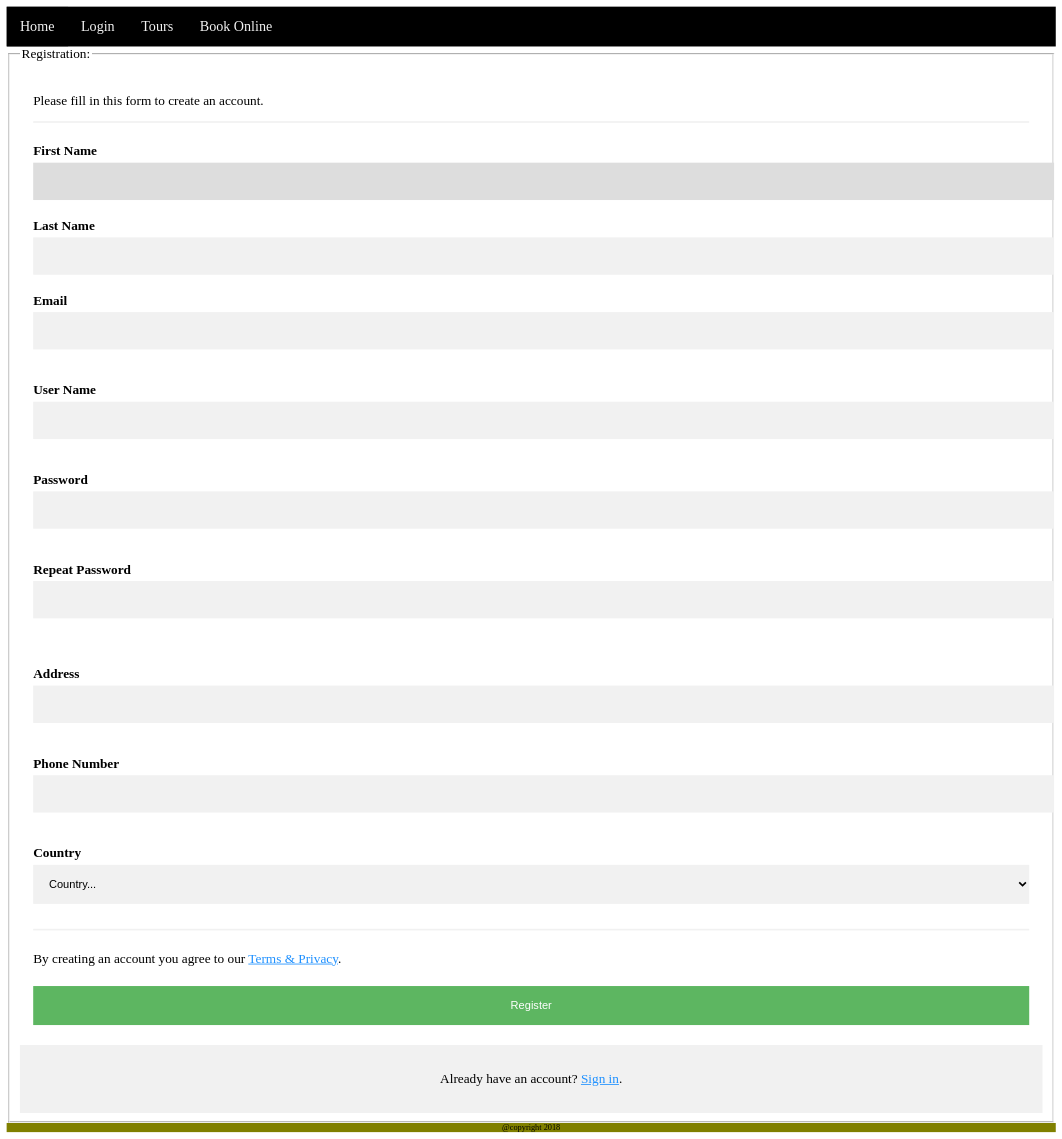
Repository: Rahim89/ANYFT
Page: http://localhost/CaseStudy/WEB-INF/views/registration.jsp
An editor plug-in stored every save of this project. The page is shown before and after the next save, followed by the edit.
The browser window is 1280 px wide. The pictures show the whole page, at 83% of full size.
The page is served by Tomcat 9. Nobody is signed in. Other server files are loaded and not shown. The template is opened directly, without the code that normally fills it, so the values that code supplies are empty.

Above is the page before, as saved 2018-09-17 18:24:00.
Console error: ReferenceError: $ is not defined

### CaseStudy/WebContent/WEB-INF/views/registration.jsp
<%@ page language="java" contentType="text/html; charset=UTF-8"
    pageEncoding="UTF-8"%>
    <%@taglib uri ="http://www.springframework.org/tags/form" prefix="form"%>
<!DOCTYPE html>
<html>
<head>
<meta charset="UTF-8">
<title>Registration</title>



</head>

	<style><%@include file="../css/main.css"%></style>

<body>
	<div id = "header">
    <%@include file="header.jsp" %>
    </div>

    <form action="User_info" method="POST"  >
    <fieldset>
    <legend>Registration:</legend>
  <div class="container">

    <p>Please fill in this form to create an account.</p>
    <hr>

	<label for="fname"><b>First Name</b></label>
    <input type="text"  name="firstName" autofocus required />


    <label for="lname"><b>Last Name</b></label>
    <input type="text"  name="lastName" required />


    <label for="email"><b>Email</b></label>
    <input  type="email"  name="email"  required/>
	<br>
	<br>

	<label  for="uname"><b>User Name</b></label>
	<span style="color:#ff084e">${usernNameMessage}</span>
    <input type="text"   name="userName" required/>

    <br>
	<br>


    <label for="psw"><b>Password</b></label>
    <input type="password"   name="password" required />

	<br>
	<br>


    <label ><b>Repeat Password</b></label>
    <input type="password"  name="confirmPassword"  onChange="checkPasswordMatch();" required/>
    <div id="divCheckPassword"></div>
    <br>
	<br>


    <label for="adresse"><b>Address</b></label>
    <input type="text"  name="address" required />
    <br>
	<br>


    <label for="phone"><b>Phone Number</b></label>
    <input type="tel"   name="phoneNo"  required/>
   <%--  <form:errors path="phoneNo" /> --%>
    <br>
	<br>

    <label for="country"><b>Country</b></label>
    <select name="country" required>
		<option value="">Country...</option>
		<option value="Afganistan">Afghanistan</option>
		<option value="Albania">Albania</option>
		<option value="Algeria">Algeria</option>
		<option value="American Samoa">American Samoa</option>
		<option value="Andorra">Andorra</option>
		<option value="Angola">Angola</option>
		<option value="Anguilla">Anguilla</option>
		<option value="Antigua &amp; Barbuda">Antigua &amp; Barbuda</option>
		<option value="Argentina">Argentina</option>
		<option value="Armenia">Armenia</option>
		<option value="Aruba">Aruba</option>
		<option value="Australia">Australia</option>
		<option value="Austria">Austria</option>
		<option value="Azerbaijan">Azerbaijan</option>
		<option value="Bahamas">Bahamas</option>
		<option value="Bahrain">Bahrain</option>
		<option value="Bangladesh">Bangladesh</option>
		<option value="Barbados">Barbados</option>
		<option value="Belarus">Belarus</option>
		<option value="Belgium">Belgium</option>
		<option value="Belize">Belize</option>
		<option value="Benin">Benin</option>
		<option value="Bermuda">Bermuda</option>
		<option value="Bhutan">Bhutan</option>
		<option value="Bolivia">Bolivia</option>
		<option value="Bonaire">Bonaire</option>
		<option value="Bosnia &amp; Herzegovina">Bosnia &amp; Herzegovina</option>
		<option value="Botswana">Botswana</option>
		<option value="Brazil">Brazil</option>
		<option value="British Indian Ocean Ter">British Indian Ocean Ter</option>
		<option value="Brunei">Brunei</option>
		<option value="Bulgaria">Bulgaria</option>
		<option value="Burkina Faso">Burkina Faso</option>
		<option value="Burundi">Burundi</option>
		<option value="Cambodia">Cambodia</option>
		<option value="Cameroon">Cameroon</option>
		<option value="Canada">Canada</option>
		<option value="Canary Islands">Canary Islands</option>
		<option value="Cape Verde">Cape Verde</option>
		<option value="Cayman Islands">Cayman Islands</option>
		<option value="Central African Republic">Central African Republic</option>
		<option value="Chad">Chad</option>
		<option value="Channel Islands">Channel Islands</option>
		<option value="Chile">Chile</option>
		<option value="China">China</option>
		<option value="Christmas Island">Christmas Island</option>
		<option value="Cocos Island">Cocos Island</option>
		<option value="Colombia">Colombia</option>
		<option value="Comoros">Comoros</option>
		<option value="Congo">Congo</option>
		<option value="Cook Islands">Cook Islands</option>
		<option value="Costa Rica">Costa Rica</option>
		<option value="Cote DIvoire">Cote D'Ivoire</option>
		<option value="Croatia">Croatia</option>
		<option value="Cuba">Cuba</option>
		<option value="Curaco">Curacao</option>
		<option value="Cyprus">Cyprus</option>
		<option value="Czech Republic">Czech Republic</option>
		<option value="Denmark">Denmark</option>
		<option value="Djibouti">Djibouti</option>
		<option value="Dominica">Dominica</option>
		<option value="Dominican Republic">Dominican Republic</option>
		<option value="East Timor">East Timor</option>
		<option value="Ecuador">Ecuador</option>
		<option value="Egypt">Egypt</option>
		<option value="El Salvador">El Salvador</option>
		<option value="Equatorial Guinea">Equatorial Guinea</option>
		<option value="Eritrea">Eritrea</option>
		<option value="Estonia">Estonia</option>
		<option value="Ethiopia">Ethiopia</option>
		<option value="Falkland Islands">Falkland Islands</option>
		<option value="Faroe Islands">Faroe Islands</option>
		<option value="Fiji">Fiji</option>
		<option value="Finland">Finland</option>
		<option value="France">France</option>
		<option value="French Guiana">French Guiana</option>
		<option value="French Polynesia">French Polynesia</option>
		<option value="French Southern Ter">French Southern Ter</option>
		<option value="Gabon">Gabon</option>
		<option value="Gambia">Gambia</option>
		<option value="Georgia">Georgia</option>
		<option value="Germany">Germany</option>
		<option value="Ghana">Ghana</option>
		<option value="Gibraltar">Gibraltar</option>
		<option value="Great Britain">Great Britain</option>
		<option value="Greece">Greece</option>
		<option value="Greenland">Greenland</option>
		<option value="Grenada">Grenada</option>
		<option value="Guadeloupe">Guadeloupe</option>
		<option value="Guam">Guam</option>
		<option value="Guatemala">Guatemala</option>
		<option value="Guinea">Guinea</option>
		<option value="Guyana">Guyana</option>
		<option value="Haiti">Haiti</option>
		<option value="Hawaii">Hawaii</option>
		<option value="Honduras">Honduras</option>
		<option value="Hong Kong">Hong Kong</option>
		<option value="Hungary">Hungary</option>
		<option value="Iceland">Iceland</option>
		<option value="India">India</option>
		<option value="Indonesia">Indonesia</option>
		<option value="Iran">Iran</option>
		<option value="Iraq">Iraq</option>
		<option value="Ireland">Ireland</option>
		<option value="Isle of Man">Isle of Man</option>
		<option value="Israel">Israel</option>
		<option value="Italy">Italy</option>
		<option value="Jamaica">Jamaica</option>
		<option value="Japan">Japan</option>
		<option value="Jordan">Jordan</option>
		<option value="Kazakhstan">Kazakhstan</option>
		<option value="Kenya">Kenya</option>
		<option value="Kiribati">Kiribati</option>
		<option value="Korea North">Korea North</option>
		<option value="Korea Sout">Korea South</option>
		<option value="Kuwait">Kuwait</option>
		<option value="Kyrgyzstan">Kyrgyzstan</option>
		<option value="Laos">Laos</option>
		<option value="Latvia">Latvia</option>
		<option value="Lebanon">Lebanon</option>
		<option value="Lesotho">Lesotho</option>
		<option value="Liberia">Liberia</option>
		<option value="Libya">Libya</option>
		<option value="Liechtenstein">Liechtenstein</option>
		<option value="Lithuania">Lithuania</option>
		<option value="Luxembourg">Luxembourg</option>
		<option value="Macau">Macau</option>
		<option value="Macedonia">Macedonia</option>
		<option value="Madagascar">Madagascar</option>
		<option value="Malaysia">Malaysia</option>
		<option value="Malawi">Malawi</option>
		<option value="Maldives">Maldives</option>
		<option value="Mali">Mali</option>
		<option value="Malta">Malta</option>
		<option value="Marshall Islands">Marshall Islands</option>
		<option value="Martinique">Martinique</option>
		<option value="Mauritania">Mauritania</option>
		<option value="Mauritius">Mauritius</option>
		<option value="Mayotte">Mayotte</option>
		<option value="Mexico">Mexico</option>
		<option value="Midway Islands">Midway Islands</option>
		<option value="Moldova">Moldova</option>
		<option value="Monaco">Monaco</option>
		<option value="Mongolia">Mongolia</option>
		<option value="Montserrat">Montserrat</option>
		<option value="Morocco">Morocco</option>
		<option value="Mozambique">Mozambique</option>
		<option value="Myanmar">Myanmar</option>
		<option value="Nambia">Nambia</option>
		<option value="Nauru">Nauru</option>
		<option value="Nepal">Nepal</option>
		<option value="Netherland Antilles">Netherland Antilles</option>
		<option value="Netherlands">Netherlands (Holland, Europe)</option>
		<option value="Nevis">Nevis</option>
		<option value="New Caledonia">New Caledonia</option>
		<option value="New Zealand">New Zealand</option>
		<option value="Nicaragua">Nicaragua</option>
		<option value="Niger">Niger</option>
		<option value="Nigeria">Nigeria</option>
		<option value="Niue">Niue</option>
		<option value="Norfolk Island">Norfolk Island</option>
		<option value="Norway">Norway</option>
		<option value="Oman">Oman</option>
		<option value="Pakistan">Pakistan</option>
		<option value="Palau Island">Palau Island</option>
		<option value="Palestine">Palestine</option>
		<option value="Panama">Panama</option>
		<option value="Papua New Guinea">Papua New Guinea</option>
		<option value="Paraguay">Paraguay</option>
		<option value="Peru">Peru</option>
		<option value="Phillipines">Philippines</option>
		<option value="Pitcairn Island">Pitcairn Island</option>
		<option value="Poland">Poland</option>
		<option value="Portugal">Portugal</option>
		<option value="Puerto Rico">Puerto Rico</option>
		<option value="Qatar">Qatar</option>
		<option value="Republic of Montenegro">Republic of Montenegro</option>
		<option value="Republic of Serbia">Republic of Serbia</option>
		<option value="Reunion">Reunion</option>
		<option value="Romania">Romania</option>
		<option value="Russia">Russia</option>
		<option value="Rwanda">Rwanda</option>
		<option value="St Barthelemy">St Barthelemy</option>
		<option value="St Eustatius">St Eustatius</option>
		<option value="St Helena">St Helena</option>
		<option value="St Kitts-Nevis">St Kitts-Nevis</option>
		<option value="St Lucia">St Lucia</option>
		<option value="St Maarten">St Maarten</option>
		<option value="St Pierre &amp; Miquelon">St Pierre &amp; Miquelon</option>
		<option value="St Vincent &amp; Grenadines">St Vincent &amp; Grenadines</option>
		<option value="Saipan">Saipan</option>
		<option value="Samoa">Samoa</option>
		<option value="Samoa American">Samoa American</option>
		<option value="San Marino">San Marino</option>
		<option value="Sao Tome &amp; Principe">Sao Tome &amp; Principe</option>
		<option value="Saudi Arabia">Saudi Arabia</option>
		<option value="Senegal">Senegal</option>
		<option value="Serbia">Serbia</option>
		<option value="Seychelles">Seychelles</option>
		<option value="Sierra Leone">Sierra Leone</option>
		<option value="Singapore">Singapore</option>
		<option value="Slovakia">Slovakia</option>
		<option value="Slovenia">Slovenia</option>
		<option value="Solomon Islands">Solomon Islands</option>
		<option value="Somalia">Somalia</option>
		<option value="South Africa">South Africa</option>
		<option value="Spain">Spain</option>
		<option value="Sri Lanka">Sri Lanka</option>
		<option value="Sudan">Sudan</option>
		<option value="Suriname">Suriname</option>
		<option value="Swaziland">Swaziland</option>
		<option value="Sweden">Sweden</option>
		<option value="Switzerland">Switzerland</option>
		<option value="Syria">Syria</option>
		<option value="Tahiti">Tahiti</option>
		<option value="Taiwan">Taiwan</option>
		<option value="Tajikistan">Tajikistan</option>
		<option value="Tanzania">Tanzania</option>
		<option value="Thailand">Thailand</option>
		<option value="Togo">Togo</option>
		<option value="Tokelau">Tokelau</option>
		<option value="Tonga">Tonga</option>
		<option value="Trinidad &amp; Tobago">Trinidad &amp; Tobago</option>
		<option value="Tunisia">Tunisia</option>
		<option value="Turkey">Turkey</option>
		<option value="Turkmenistan">Turkmenistan</option>
		<option value="Turks &amp; Caicos Is">Turks &amp; Caicos Is</option>
		<option value="Tuvalu">Tuvalu</option>
		<option value="Uganda">Uganda</option>
		<option value="Ukraine">Ukraine</option>
		<option value="United Arab Erimates">United Arab Emirates</option>
		<option value="United Kingdom">United Kingdom</option>
		<option value="United States of America">United States of America</option>
		<option value="Uraguay">Uruguay</option>
		<option value="Uzbekistan">Uzbekistan</option>
		<option value="Vanuatu">Vanuatu</option>
		<option value="Vatican City State">Vatican City State</option>
		<option value="Venezuela">Venezuela</option>
		<option value="Vietnam">Vietnam</option>
		<option value="Virgin Islands (Brit)">Virgin Islands (Brit)</option>
		<option value="Virgin Islands (USA)">Virgin Islands (USA)</option>
		<option value="Wake Island">Wake Island</option>
		<option value="Wallis &amp; Futana Is">Wallis &amp; Futana Is</option>
		<option value="Yemen">Yemen</option>
		<option value="Zaire">Zaire</option>
		<option value="Zambia">Zambia</option>
		<option value="Zimbabwe">Zimbabwe</option>
	</select>
	<hr>
    <p>By creating an account you agree to our <a href="#">Terms & Privacy</a>.</p>

    <button type="submit" class="registerbtn">Register</button>
  </div>


    <div class="container signin">
   		 <p>Already have an account? <a href="login">Sign in</a>.</p>
  	</div>

  </fieldset>
</form>

	<div>
		<%@include file="footer.jsp" %>
    </div>
</body>

<script>

function checkPasswordMatch() {
    var password = $("#password").val();
    var confirmPassword = $("#confirmPassword").val();

    if (password != confirmPassword)
        $("#divCheckPasswordMatch").jsp("Passwords do not match!");
    else
        $("#divCheckPasswordMatch").jsp("Passwords match.");
}

$(document).ready(function () {
   $("#confirmPassword").keyup(checkPasswordMatch);
});


</script>
</html>

### CaseStudy/WebContent/WEB-INF/css/main.css
<!DOCTYPE html>
<html>
<head>
<meta name="viewport" content="width=device-width, initial-scale=1">
<link rel="stylesheet" href="https://cdnjs.cloudflare.com/ajax/libs/font-awesome/4.7.0/css/font-awesome.min.css">
<style>
body {
  margin: 0;
  font-family: Arial, Helvetica, sans-serif;
}

.topnav {
  overflow: hidden;
  background-color: black;
}

.topnav a {
  float: left;
  display: block;
  color: #f2f2f2;
  text-align: center;
  padding: 14px 16px;
  text-decoration: none;
  font-size: 17px;
}

.topnav a:hover {
  background-color: #ddd;
  color: black;
}

.active {
  background-color: black;
  color: white;
}

.topnav .icon {
  display: none;
}

.topnav {
  background-color: black;
    float: none;
    display: block;
    text-align: left;
  }
}

/* Registration css */

* {box-sizing: border-box}

/* Add padding to containers */
.container {
  padding: 16px;
}

/* Full-width input fields */
input[type=text], input[type=password] {
  width: 100%;
  padding: 15px;
  margin: 5px 0 22px 0;
  display: inline-block;
  border: none;
  background: #f1f1f1;
}

input[type=text]:focus, input[type=password]:focus {
  background-color: #ddd;
  outline: none;
}

input[type=tel], input[type=tel] {
    width: 100%;
    padding: 15px;
    margin: 5px 0 22px 0;
    display: inline-block;
    border: none;
    background: #f1f1f1;
}

input[type=tel]:focus, input[type=tel]:focus {
    background-color: #ddd;
    /* outline: none; */
}

input[type=email], input[type=email] {
  width: 100%;
  padding: 15px;
  margin: 5px 0 22px 0;
  display: inline-block;
  border: none;
  background: #f1f1f1;
}

input[type=email]:focus, input[type=email]:focus {
  background-color: #ddd;
  /* outline: none; */
}

select {
    width: 100%;
    padding: 15px;
    margin: 5px 0 22px 0;
    display: inline-block;
    border: none;
    background: #f1f1f1;
}

select:focus, select:focus {
    background-color: #ddd;
    /* outline: none; */
}

/* Overwrite default styles of hr */
hr {
  border: 1px solid #f1f1f1;
  margin-bottom: 25px;
}

/* Set a style for the submit/register button */
.registerbtn {
  background-color: #4CAF50;
  color: white;
  padding: 16px 20px;
  margin: 8px 0;
  border: none;
  cursor: pointer;
  width: 100%;
  opacity: 0.9;
}

.registerbtn:hover {
  opacity:1;
}

/* Add a blue text color to links */
a {
  color: dodgerblue;
}

/* Set a grey background color and center the text of the "sign in" section */
.signin {
  background-color: #f1f1f1;
  text-align: center;
}

</style>
</head>

### CaseStudy/WebContent/WEB-INF/views/header.jsp
<%@ page language="java" contentType="text/html; charset=UTF-8"
    pageEncoding="UTF-8"%>
<!DOCTYPE html>
<html>
<head>
<meta charset="UTF-8">
<title>Insert title here</title>
</head>

<body>

<nav class="topnav" id="myTopnav">
  <a href="home" class="active">Home</a>
  <a href="login">Login</a>
  <a href="tourpackage">Tours</a>
  <a href="booking">Book Online</a>

</nav>


</body>
</html>

### CaseStudy/WebContent/WEB-INF/views/footer.jsp
<%@ page language="java" contentType="text/html; charset=UTF-8"
    pageEncoding="UTF-8"%>
<!DOCTYPE html>
<html>
<head>
<meta charset="UTF-8">
<title>Footer</title>
</head>
<body>
	<div  style="background-color: Olive;text-align: center;font-size: 10px;height: 5%;"> @copyright 2018</div>
</body>
</html>

After the next save:
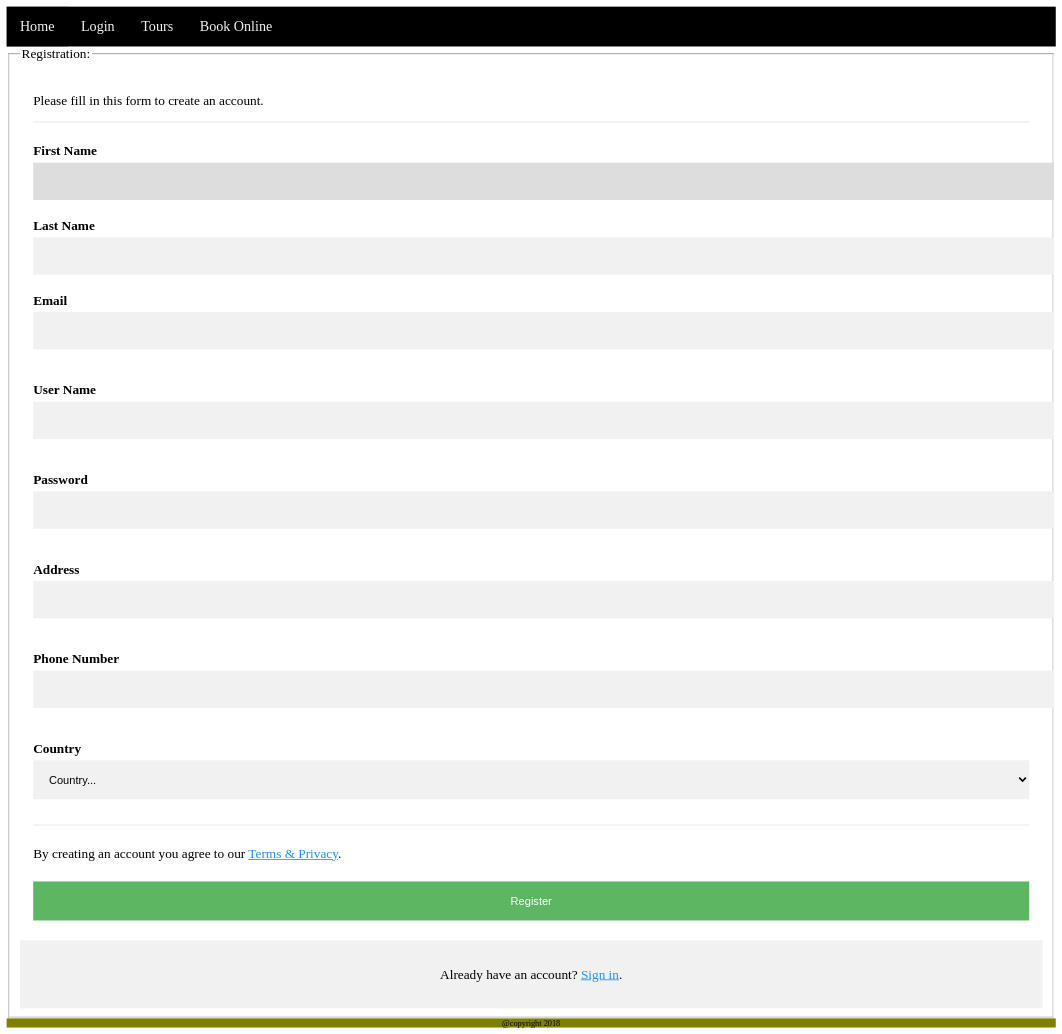
The error is gone.
Saved 15 min 13 s later.
--- a/CaseStudy/WebContent/WEB-INF/views/registration.jsp
+++ b/CaseStudy/WebContent/WEB-INF/views/registration.jsp
@@ -51,13 +51,6 @@
     <input type="password"   name="password" required />
 
 	<br>
-	<br>
-
-
-    <label ><b>Repeat Password</b></label>
-    <input type="password"  name="confirmPassword"  onChange="checkPasswordMatch();" required/>
-    <div id="divCheckPassword"></div>
-    <br>
 	<br>
 
 
@@ -345,20 +338,5 @@
 
 <script>
 
-function checkPasswordMatch() {
-    var password = $("#password").val();
-    var confirmPassword = $("#confirmPassword").val();
-
-    if (password != confirmPassword)
-        $("#divCheckPasswordMatch").jsp("Passwords do not match!");
-    else
-        $("#divCheckPasswordMatch").jsp("Passwords match.");
-}
-
-$(document).ready(function () {
-   $("#confirmPassword").keyup(checkPasswordMatch);
-});
-
-
-</script>
+
 </html>
